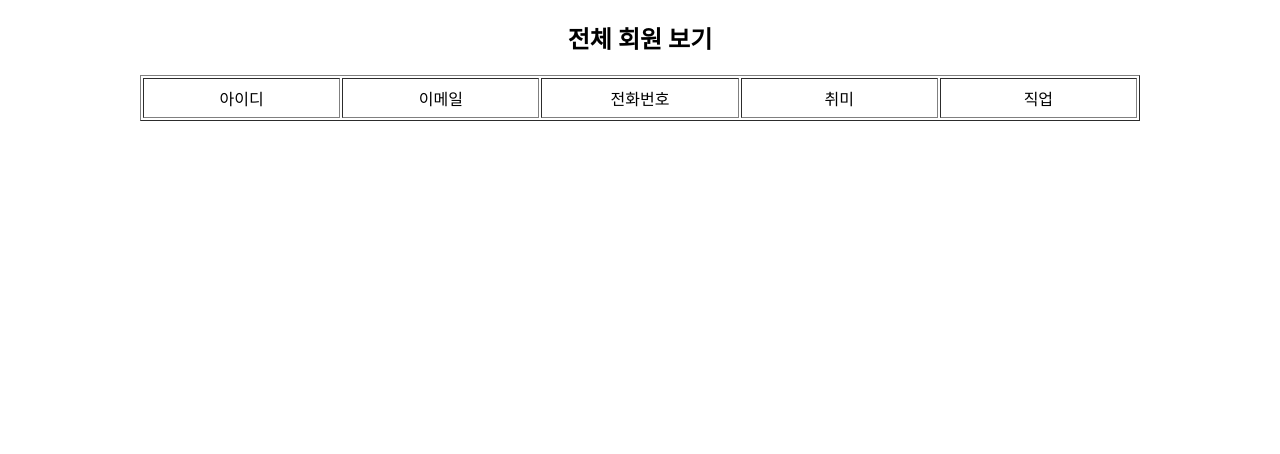
Repository: topblame/Bootcamp
Page: http://localhost/JSP_250408/chapter03/MemberList.jsp
These files come from the project's save history. The page is drawn as it stood at one moment and after the next save; the edit follows.
The browser window is 1280 px wide. The pictures show the whole page.
The page is served by Tomcat 9. Queries for data that is not in the repository find no rows.

Above is the page before, as saved 2025-06-26 03:11:50.

After the next save:
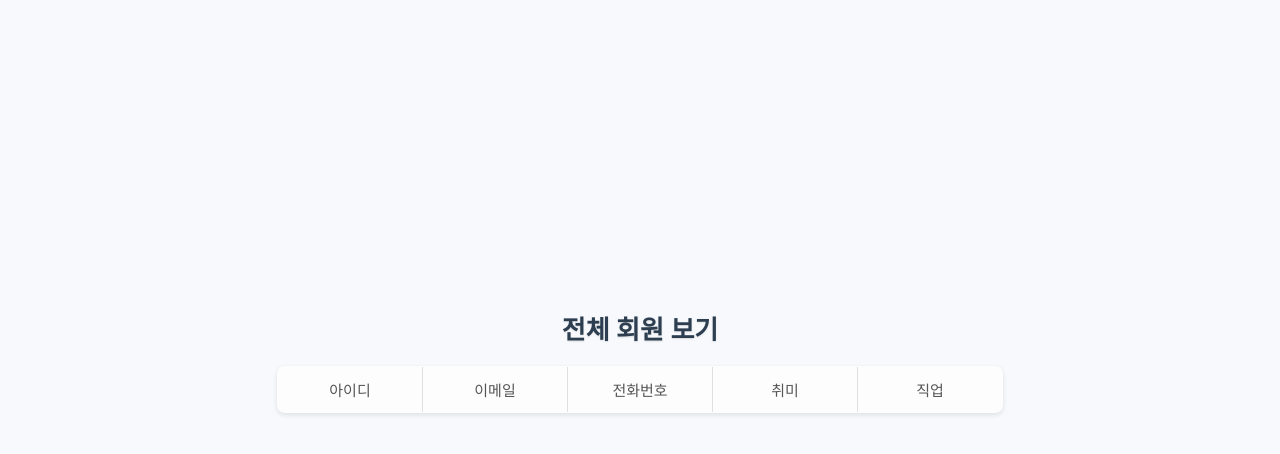
Saved 2 min 46 s later.
--- a/WebMvc/JSP_250408/src/main/webapp/chapter03/MemberList.jsp
+++ b/WebMvc/JSP_250408/src/main/webapp/chapter03/MemberList.jsp
@@ -8,6 +8,7 @@
 <head>
 <meta http-equiv="Content-Type" content="text/html; charset=UTF-8">
 <title>회원 목록</title>
+<link rel ="stylesheet" type "text/css" href = "../css/member.css">
 </head>
 <body>
 	<center>
